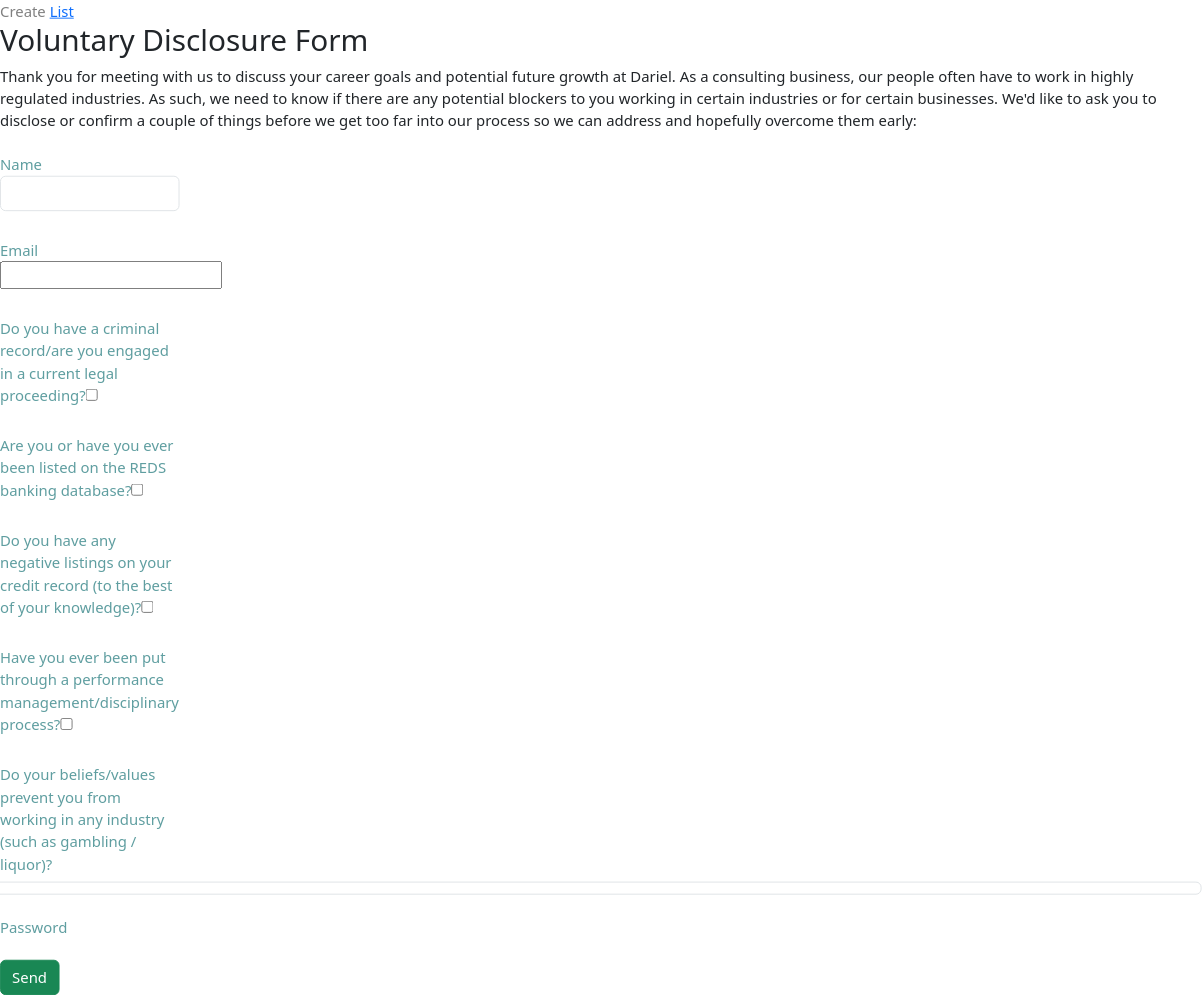
Repository: NtuthukoM/VoluntaryDisclosure
Page: / (app in disclosures-client/)
An editor plug-in stored every save of this project. The page is shown before and after the next save, followed by the edit.
The browser window is 1280 px wide. The page is 1292 px wide, so the pictures cover 1292 px, including what lies to the right of the window. The pictures show the whole page, at 93% of full size.
The project was rebuilt for these pictures with package versions that can differ from the ones it lists, and the page was loaded fresh each time. Also part of the build but not shown: disclosures-client/src/pages/ListDisclosures.js, disclosures-client/src/pages/DisclosureDetails.js, disclosures-client/src/pages/DisclosureSubmitted.js.

Above is the page before, as saved 2023-05-30 20:42:50.

After the next save:
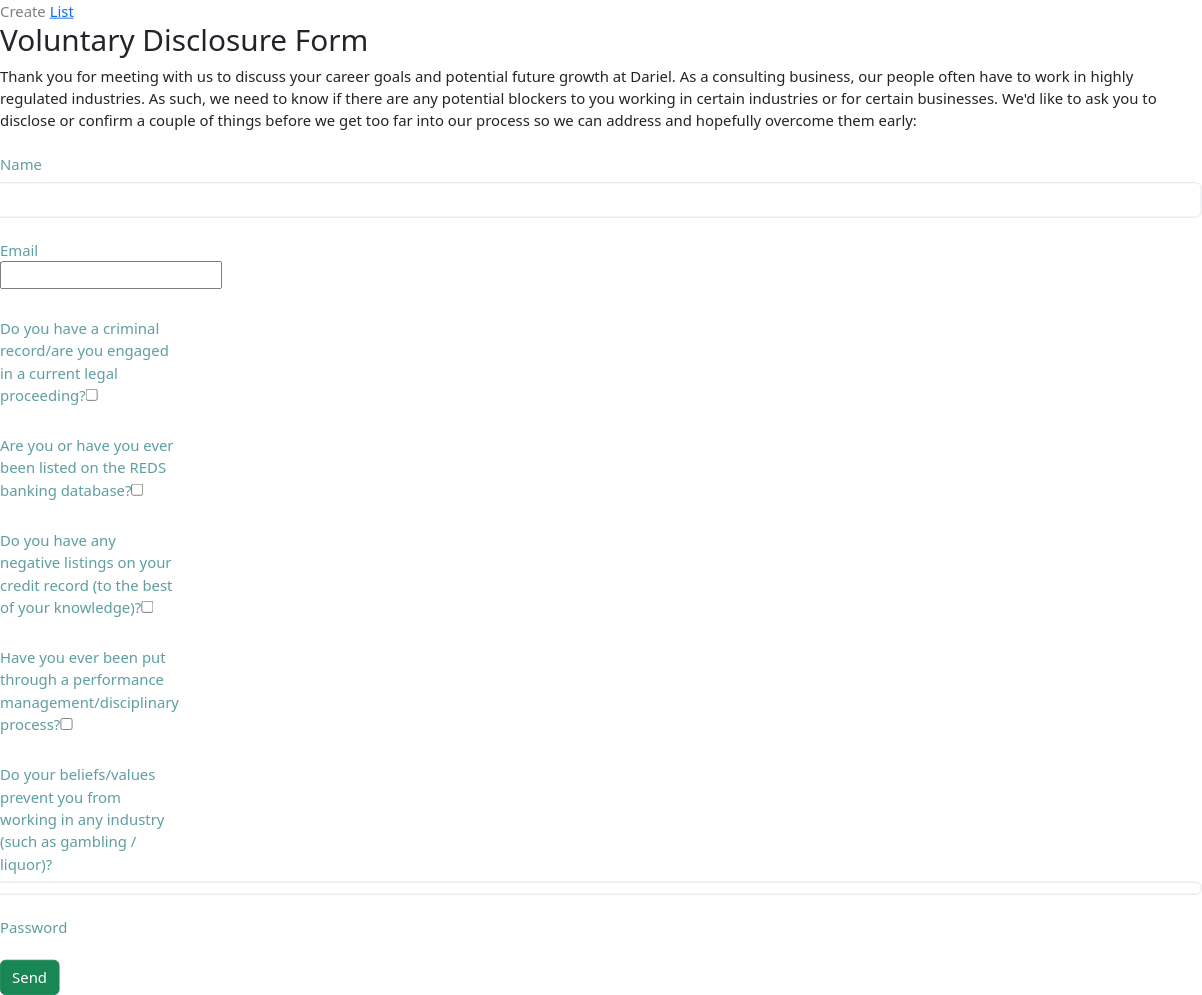
Saved 2 min 5 s later.
--- a/disclosures-client/src/pages/CreateDisclosure.js
+++ b/disclosures-client/src/pages/CreateDisclosure.js
@@ -58,8 +58,8 @@ export function CreateDisclosures(){
             <div  className="mb-3 row">
                 <label className="col-sm-2 col-form-label">
                     Name
+                </label>
                     <input className="form-control" type="text" value={fullName} onChange={(e) => setFullName(e.target.value) } disabled={submitting} />
-                </label>
             </div>
 
             <div className="mb-3 row">
